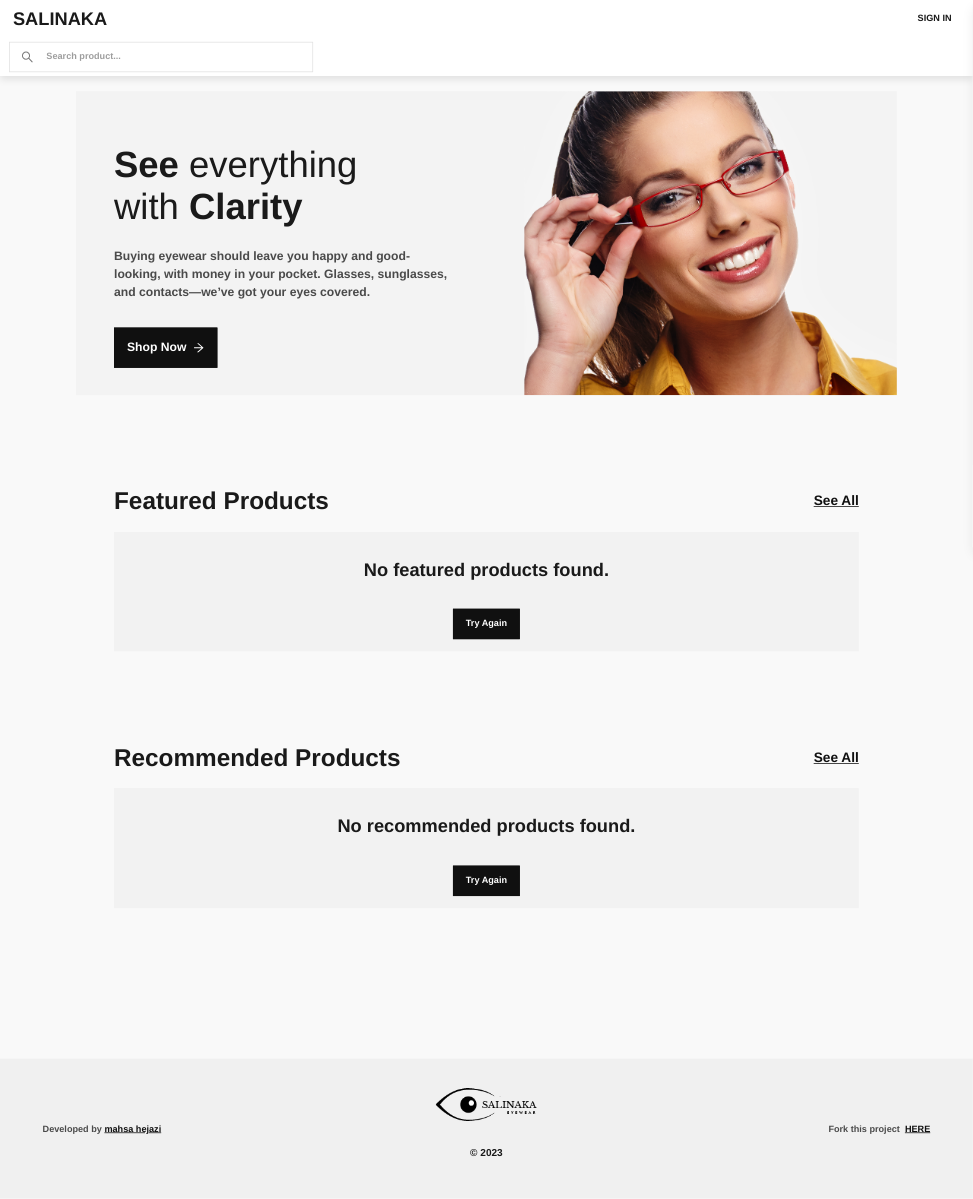
Repository: hejazimahsa/glassessShop-react
Page: /
An editor plug-in stored every save of this project. The page is shown before and after the next save, followed by the edit.
The browser window is 1280 px wide. The pictures show the whole page, at 76% of full size.
The page's requests for data from a server got no answer. The project was rebuilt for these pictures with package versions that can differ from the ones it lists, and the page was loaded fresh each time. No one was signed in, and anything a server would have sent is missing. Also part of the build but not shown: vite.config.js, src/views/account/components/UserAvatar.jsx, src/components/common/AdminNavigation.jsx, src/components/common/AdminSidePanel.jsx, src/components/common/Boundary.jsx, src/components/common/ColorChooser.jsx, src/selectors/selector.js, src/components/common/PriceRange/Handle.jsx and 57 more.

Above is the page before, as saved 2024-11-03 13:34:06.

After the next save:
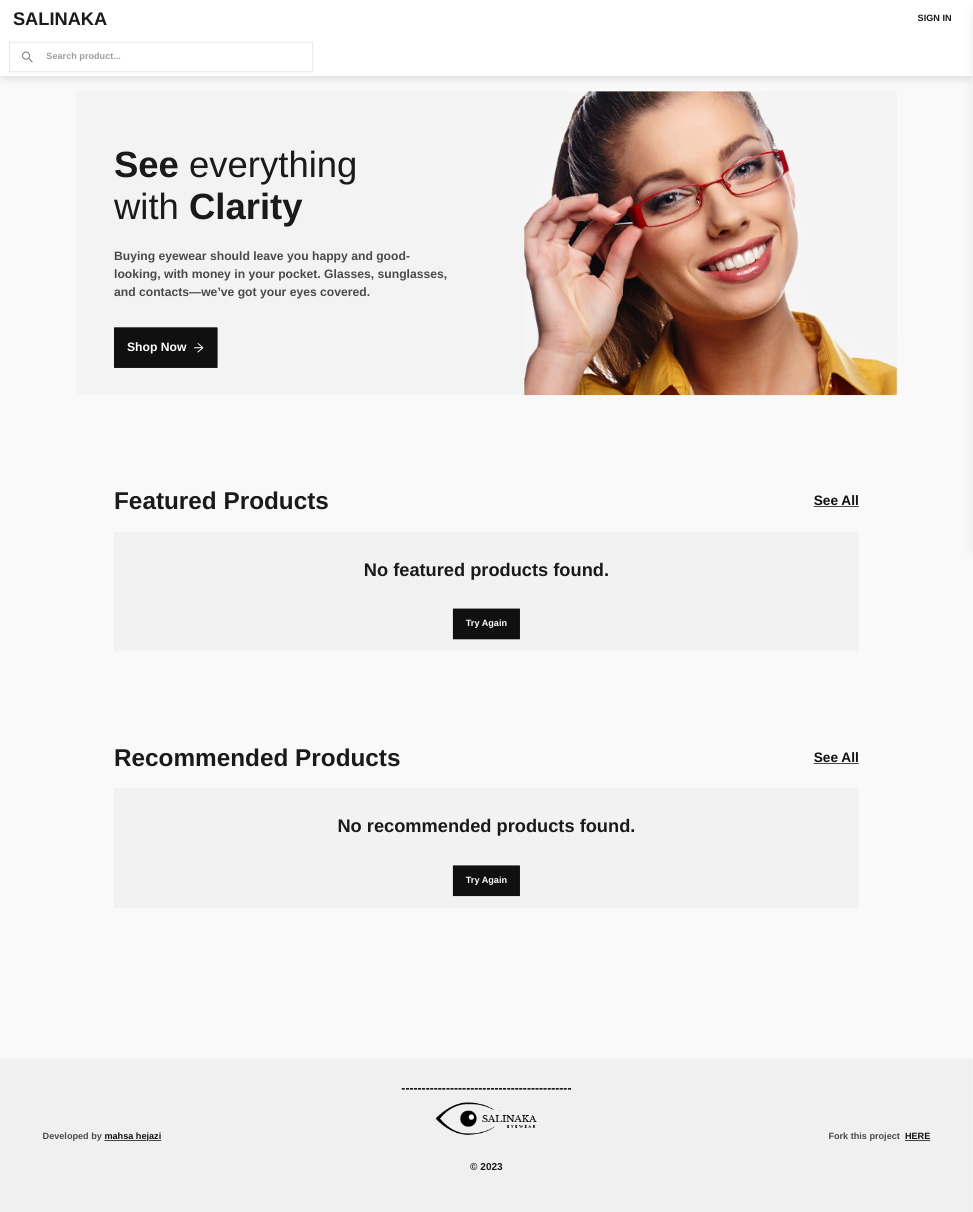
Saved 21 h 32 min later.
--- a/src/components/common/Footer.jsx
+++ b/src/components/common/Footer.jsx
@@ -22,7 +22,7 @@
           </span>
         </strong>
       </div>
-      <div className="footer-col-2">
+      <div className="footer-col-2">------------------------------------------
         <img alt="Footer logo" className="footer-logo" src={logo} />
         <h5>
           &copy;&nbsp;

After the save that followed:
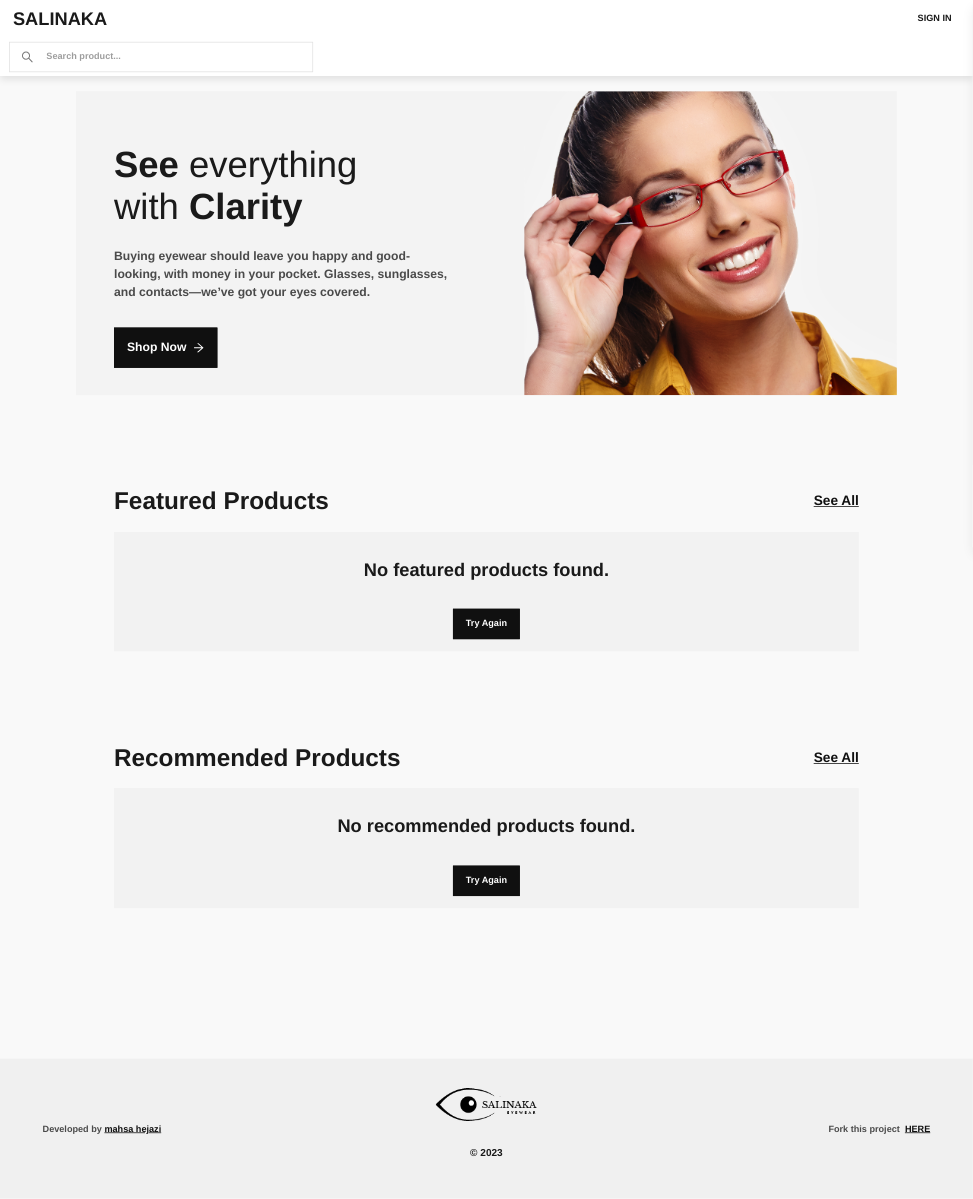
Saved 119 s later.
--- a/src/components/common/Footer.jsx
+++ b/src/components/common/Footer.jsx
@@ -22,7 +22,7 @@
           </span>
         </strong>
       </div>
-      <div className="footer-col-2">------------------------------------------
+      <div className="footer-col-2">
         <img alt="Footer logo" className="footer-logo" src={logo} />
         <h5>
           &copy;&nbsp;
